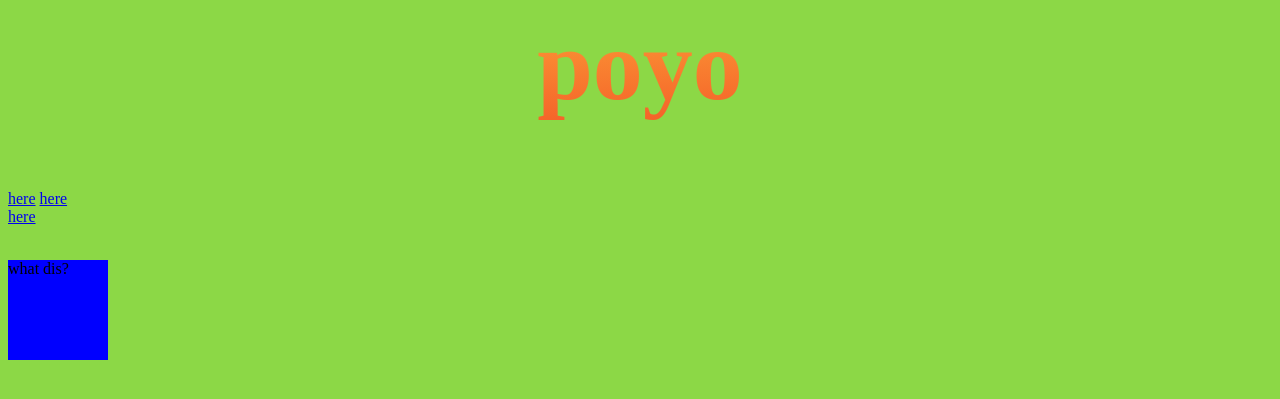
Repository: jessehapuli/jessehapuli.github.io
Page: rocket/idex.html
An editor plug-in stored every save of this project. The page is shown before and after the next save, followed by the edit.
The browser window is 1280 px wide. The pictures show the whole page.

Above is the page before, as saved 2024-04-18 12:54:18.

After the next save:
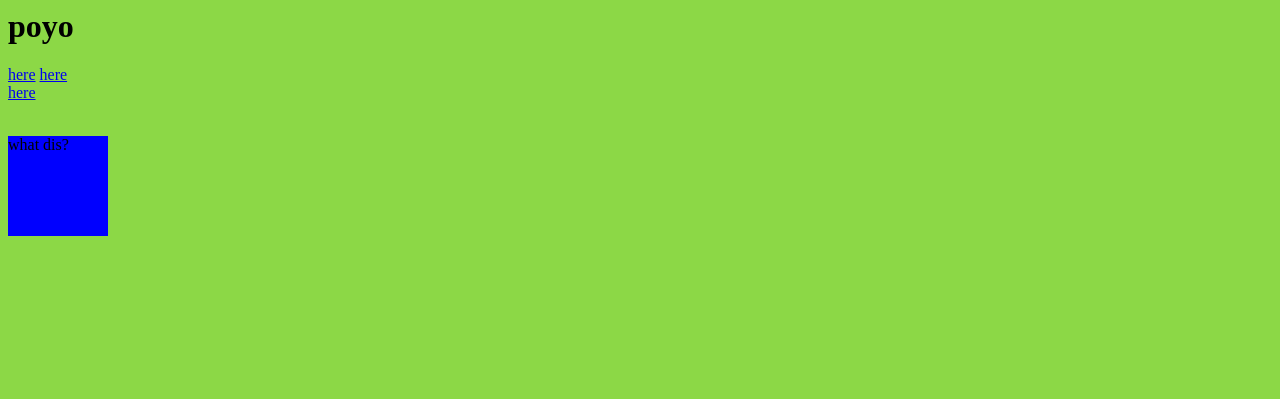
Saved 45 s later.
--- a/rocket/lmao.css
+++ b/rocket/lmao.css
@@ -12,23 +12,3 @@ body {
 .cool.red {
     background-color: red;
 }
-
-h1 {
-    color: #f35626;
-    background-image: -webkit-linear-gradient(92deg, #f35626, #feab3a);
-    -webkit-background-clip: text;
-    -webkit-text-fill-color: transparent;
-    -webkit-animation: sue 0.5s infinite linear;
-    font-size: 100;
-    text-align: center;
-}
-
-@-webkit-keyframes sue {
-    from {
-      -webkit-filter: hue-rotate(0deg);
-    }
-
-    to {
-      -webkit-filter: hue-rotate(360deg);
-    }
-}
